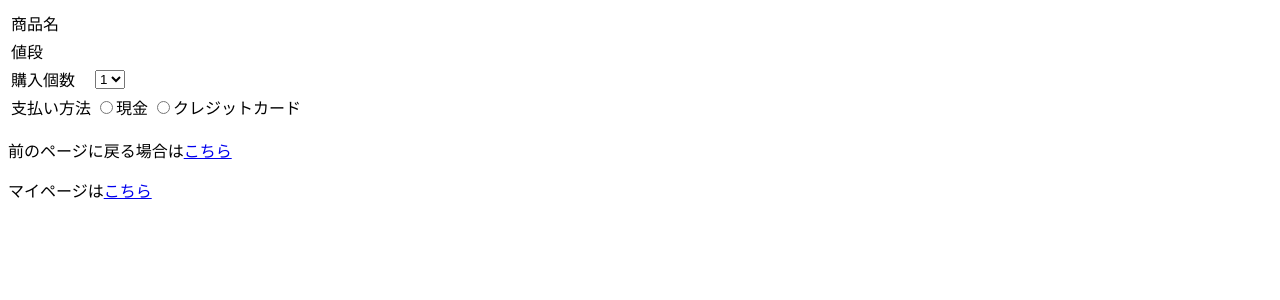
Repository: yuuukihara/test2
Page: http://localhost/myecsite2/buyItem.jsp
These files come from the project's save history. The page is drawn as it stood at one moment and after the next save; the edit follows.
The browser window is 1280 px wide. The pictures show the whole page.
The page is served by Tomcat 9.

Above is the page before, as saved 2018-09-14 06:32:40.

After the next save:
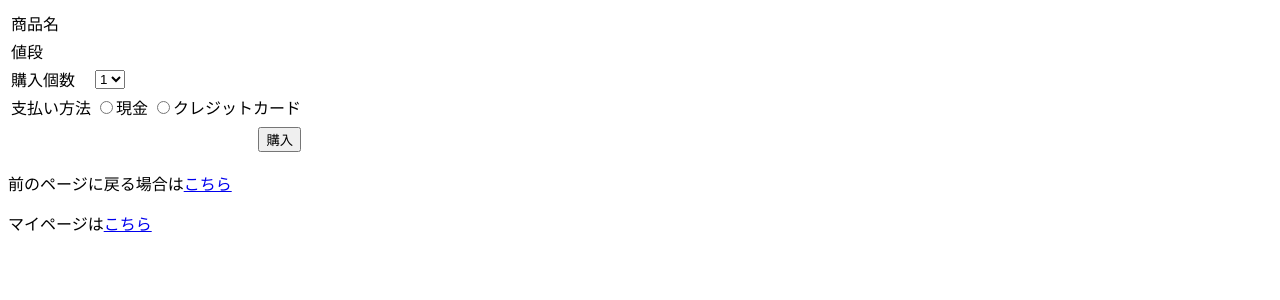
Saved 4 min 5 s later.
--- a/myecsite2/WebContent/buyItem.jsp
+++ b/myecsite2/WebContent/buyItem.jsp
@@ -39,6 +39,10 @@
 			<input type="radio" name="pay" value="2">クレジットカード
 		</td>
 	</tr>
+	<tr>
+		<td><s:submit value="購入"/></td>
+	</tr>
+
 </table>
 </s:form>
 
